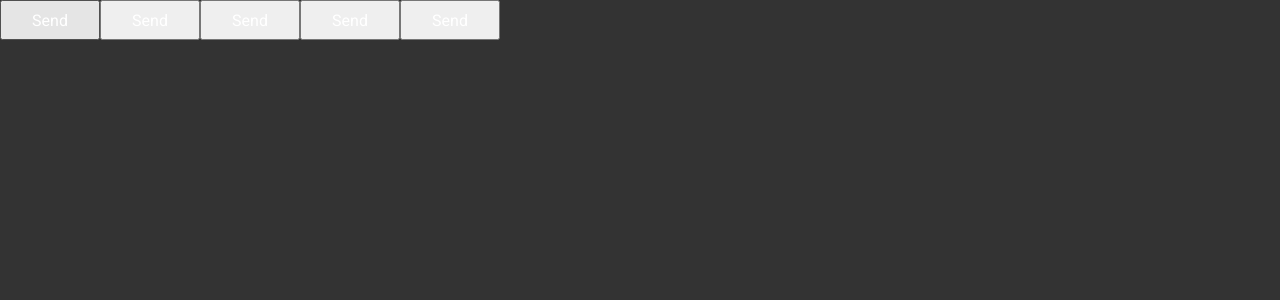
Repository: JoseGu1llardi/ignite-timer
Page: /
The author's editor kept a copy of each file at every save. The page is drawn from the files as they stood at one save, then again after the next save.
The browser window is 1280 px wide. The pictures show the whole page.
The project was rebuilt for these pictures with package versions that can differ from the ones it lists, and the page was loaded fresh each time. Also part of the build but not shown: vite.config.ts.

Above is the page before, as saved 2023-03-17 22:03:12.

After the next save:
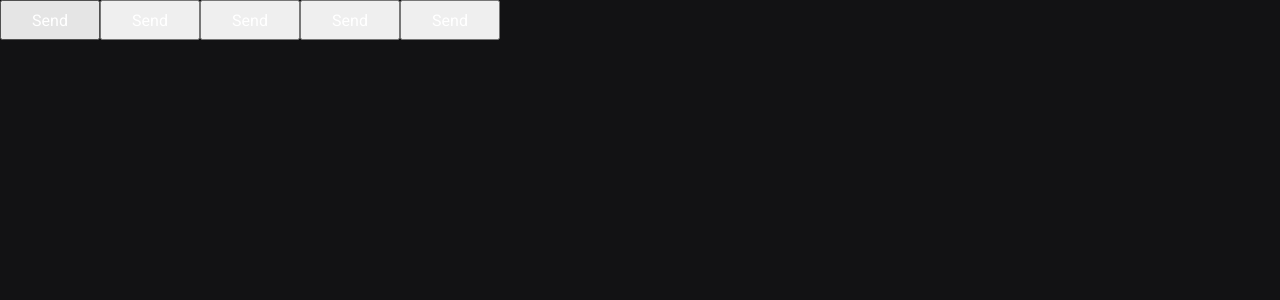
Saved 2 min 23 s later.
--- a/src/styles/global.ts
+++ b/src/styles/global.ts
@@ -8,8 +8,8 @@
     }
 
     body {
-        background: #333;
-        color: #fff;
+        background: ${props => props.theme["gray-900"]};
+        color: ${props => props.theme["gray-300"]};
     }
 
     body, input, button, textarea {
